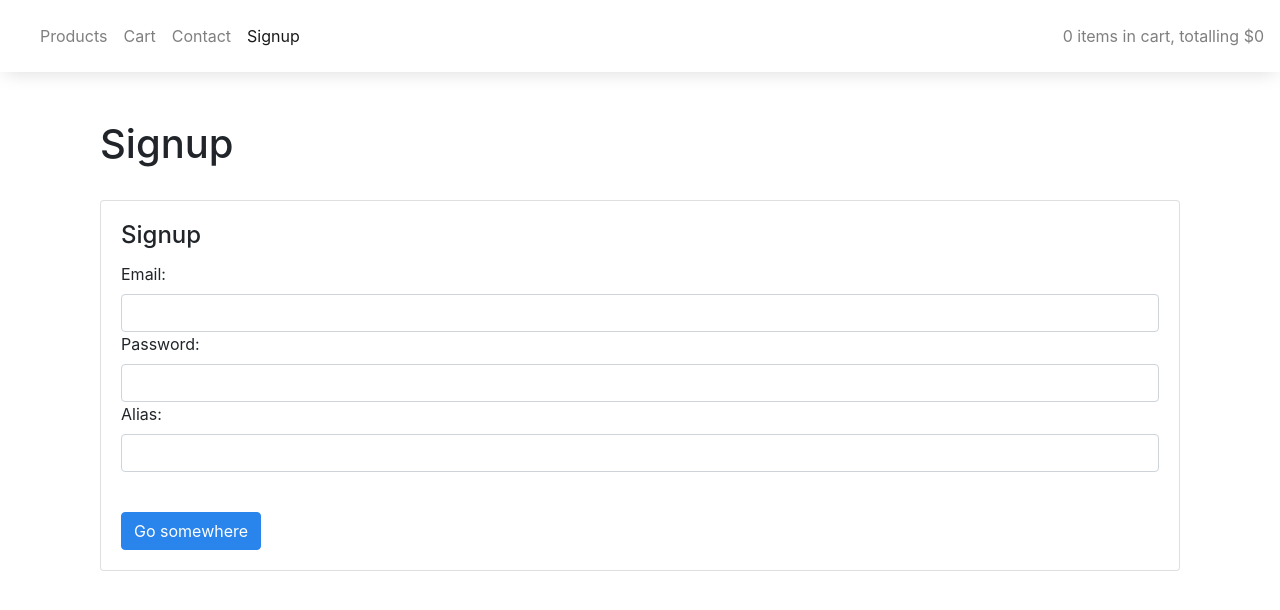
Repository: dayrim/wavecraft
Page: /signup
The author's editor kept a copy of each file at every save. The page is drawn from the files as they stood at one save, then again after the next save.
The browser window is 1280 px wide. The pictures show the whole page.
The project was rebuilt for these pictures with package versions that can differ from the ones it lists, and the page was loaded fresh each time. Also part of the build but not shown: vue.config.js.

Above is the page before, as saved 2019-04-22 16:07:02.

### public/index.html
<!DOCTYPE html>
<html lang="en">
  <head>
    <meta charset="utf-8">
    <meta http-equiv="X-UA-Compatible" content="IE=edge">
    <meta name="viewport" content="width=device-width,initial-scale=1.0">
    <link rel="icon" href="<%= BASE_URL %>favicon.ico">
    <title>wavecraft-reset</title>
  </head>
  <body>
    <noscript>
      <strong>We're sorry but wavecraft-reset doesn't work properly without JavaScript enabled. Please enable it to continue.</strong>
    </noscript>
    <div id="app"></div>
    <!-- built files will be auto injected -->


  </body>
</html>

### src/main.js
import Vue from "vue";
import App from "./App.vue";
import router from "./router";
import store from "./store";
import BootstrapVue from "bootstrap-vue";

Vue.config.productionTip = false;
Vue.use(BootstrapVue);
Vue.filter("currency", function(value) {
  let formatter = new Intl.NumberFormat("en-US", {
    style: "currency",
    currency: "USD",
    minimumFractionDigits: 0,
  });

  return formatter.format(value);
});

new Vue({
  router,
  store,
  render: h => h(App),
}).$mount("#app");

### src/App.vue
<template>
  <div id="app" :class="{ ready: isPageReady }">
    <b-navbar class="mainNavbar" sticky toggleable="lg" variant="light">
      <b-navbar-brand to="/"></b-navbar-brand>

      <b-navbar-toggle target="nav-collapse"></b-navbar-toggle>

      <b-collapse id="nav-collapse" is-nav>
        <b-navbar-nav>
          <b-nav-item exact active-class="active" to="/">Products</b-nav-item>
          <b-nav-item exact active-class="active" to="/cart">Cart</b-nav-item>
          <b-nav-item exact active-class="active" to="/contact">Contact</b-nav-item>
          <b-nav-item exact active-class="active" to="/signup">Signup</b-nav-item>
        </b-navbar-nav>

        <!-- Right aligned nav items -->
        <b-navbar-nav class="ml-auto">
          <b-nav-text>
            <div class="navbar-text">
              {{ cart.items.length }}
              <span v-if="cart.items.length == 1">item</span><span v-else>items</span> in cart,
              totalling {{ cartTotal | currency }}
            </div></b-nav-text
          >
        </b-navbar-nav>
      </b-collapse>
    </b-navbar>
    <transition name="route" mode="out-in">
      <router-view name="discount"> </router-view>
    </transition>
    <b-container>
      <b-row>
        <b-col>
          <br /><br />
          <transition name="route" mode="out-in">
            <router-view></router-view>
          </transition>
        </b-col>
      </b-row>
    </b-container>
  </div>
</template>

<script>
export default {
  data() {
    return {
      isPageReady: false,
    };
  },
  computed: {
    cart() {
      return this.$store.state.cart;
    },
    cartTotal() {
      return this.$store.getters["cart/cartTotal"];
    },
  },
  mounted: function() {
    this.$nextTick(function() {
      setTimeout(() => {
        this.isPageReady = true;
      }, 0);
    });
  },
};
</script>

<style lang="scss">
.mainNavbar {
  box-shadow: 0px 5px 20px -5px rgba(0, 0, 0, 0.15);
}
.flex {
  display: flex;
}
.flex.flex-column {
  flex-direction: column;
}
.flex.flex-row {
  flex-direction: row;
}
.flex.justify-center {
  justify-content: center;
}
.flex.justify-left {
  justify-content: flex-start;
}
.flex.justify-right {
  justify-content: flex-end;
}
.flex.align-center {
  align-items: center;
}
.flex.align-left {
  align-items: flex-start;
}
.flex.align-right {
  align-items: flex-end;
}
/* Navigation */
.navbar .stats {
  margin-top: 15px;
}
ul {
  list-style: none;
}
.btn {
  margin-right: 20px;
}
input[type="radio"] + label,
input[type="checkbox"] + label {
  font-weight: normal;
}

#app {
  opacity: 0;
  transition: opacity 1s ease;
}

#app.ready {
  opacity: 1;
}

.route-enter-active,
.route-leave-active {
  transition: opacity 0.15s ease;
}

.route-enter,
.route-leave-to {
  opacity: 0;
}
</style>

### src/router/index.js
import Vue from "vue";
import Router from "vue-router";
import routes from "./routes";
Vue.use(Router);

export default new Router({
  mode: "history",
  base: process.env.BASE_URL,
  routes,
});

### src/store/index.js
import Vue from "vue";
import Vuex from "vuex";
import cart from "./modules/cart";

Vue.use(Vuex);

export default new Vuex.Store({
  /**
   * Assign the modules to the store.
   */
  modules: {
    cart,
  },
});

### src/assets/common.scss
@import "node_modules/bootstrap/scss/functions";
@import "node_modules/bootstrap/scss/variables";

$primary-color: #2984ec;
$secondary-color: #601cb9;
$tertiary-color: #222d30;
$default-color: #e9e9e9;
$light-color: #ffffff;
$accent-color: #f0081b;
$warning-color: #f09308;



$red: #dc3545;
$yellow: #ffc107;
$green: #006600; // This is the only variable I wanted to change
$cyan: #17a2b8;

$theme-colors: (
  primary: $primary-color,
  secondary: $tertiary-color,
  success: $secondary-color,
  info: $primary-color,
  warning: $warning-color,
  danger: $accent-color,
  light: $light-color,
  dark: $tertiary-color
);

@import 'node_modules/bootstrap/scss/bootstrap';
@import 'node_modules/bootstrap-vue/src/index.scss';

### src/router/routes.js
const routes = [
  {
    path: "",
    components: {
      default: () => import(/* webpackChunkName: "ProductList" */ "@/components/ProductList.vue"),
      discount: () =>
        import(/* webpackChunkName: "SpecialOffer" */ "@/components/SpecialOffer.vue"),
    },
  },
  {
    path: "/cart",
    component: () => import(/* webpackChunkName: "Cart" */ "@/components/Cart.vue"),
    alias: "/shopping-cart",
  },
  {
    path: "/signup",
    component: () => import(/* webpackChunkName: "Singup" */ "@/components/Signup.vue"),
    alias: "/sign-up",
  },
  {
    path: "/product/:productId",
    props: true,
    name: "Product",
    component: () => import(/* webpackChunkName: "Product" */ "@/components/Product.vue"),
    children: [
      {
        path: "details",
        name: "ViewProduct",
        props: true,
        component: () =>
          import(/* webpackChunkName: "ViewProduct" */ "@/components/ViewProduct.vue"),
      },
      {
        path: "reviews",
        name: "ProductReviews",
        props: true,
        component: () =>
          import(/* webpackChunkName: "ProductReviews" */ "@/components/ProductReviews.vue"),
      },
    ],
  },

  {
    path: "/contact",
    component: () => import(/* webpackChunkName: "Contact" */ "@/components/Contact.vue"),
  },
  {
    path: "/*",
    component: () => import(/* webpackChunkName: "PageNotFound" */ "@/components/PageNotFound.vue"),
  },
];

export default routes;

### src/store/modules/cart/index.js
import actions from "./actions";
import getters from "./getters";
import mutations from "./mutations";
import state from "./state";

export default {
  namespaced: true,
  actions,
  getters,
  mutations,
  state,
};

### src/components/Signup.vue
<template>
  <b-container fluid>
    <h1>Signup</h1>
    <br />

    <b-card title="Signup">
      <b-card-text>
        <label for="email">Email:</label>
        <b-form-input id="email" type="text"></b-form-input>
        <label for="password">Password:</label>
        <b-form-input id="password" type="text"></b-form-input>
        <label for="alias">Alias:</label>
        <b-form-input id="alias" type="text"></b-form-input>
        <br />
      </b-card-text>

      <b-button href="#" variant="primary">Go somewhere</b-button>
    </b-card>
  </b-container>
</template>

<script>
export default {
  data() {
    return {};
  },
};
</script>

<style lang="scss"></style>

### src/store/modules/cart/actions.js
import * as Mutate from "./mutation-types";

export const addProductToCart = ({ commit, getters }, payload) => {
  let cartItem = getters.getCartItem(payload.product);
  payload.cartItem = cartItem;

  if (cartItem == null) {
    payload.cartItem = getters.getCartItem(payload.product);
    commit(Mutate.ADD_PRODUCT_TO_CART, payload);
  } else {
    commit(Mutate.INCREASE_PRODUCT_QUANTITY, payload);
  }
};

export const checkout = ({ commit }) => {
  commit(Mutate.CHECKOUT);
};

export default {
  addProductToCart,
  checkout,
};

### src/store/modules/cart/getters.js
export default {
  cartTotal: state => {
    let total = 0;

    state.items.forEach(function(item) {
      total += item.product.price * item.quantity;
    });
    return total;
  },
  getCartItem: state => product => {
    for (let i = 0; i < state.items.length; i++) {
      if (state.items[i].product.id === product.id) {
        return state.items[i];
      }
    }
    return null;
  },
  taxAmount: (state, getters) => percentage => (getters.cartTotal * percentage) / 100,
};

### src/store/modules/cart/mutations.js
import { CHECKOUT, ADD_PRODUCT_TO_CART, INCREASE_PRODUCT_QUANTITY } from "./mutation-types";

export default {
  [CHECKOUT](state) {
    state.items.forEach(function(item) {
      item.product.inStock += item.quantity;
    });

    state.items = [];
  },
  [ADD_PRODUCT_TO_CART]: (state, payload) => {
    state.items.push({
      product: payload.product,
      quantity: payload.quantity,
    });

    payload.product.inStock -= payload.quantity;
  },
  [INCREASE_PRODUCT_QUANTITY]: (state, payload) => {
    payload.cartItem.quantity += payload.quantity;
    payload.product.inStock -= payload.quantity;
  },
};

### src/store/modules/cart/state.js
export default {
  items: [],
};

### src/store/modules/cart/mutation-types.js
export const ADD_PRODUCT_TO_CART = "addProductToCart";
export const CHECKOUT = "checkout";
export const INCREASE_PRODUCT_QUANTITY = "increaseQuantity";

export default {
  ADD_PRODUCT_TO_CART,
  CHECKOUT,
  INCREASE_PRODUCT_QUANTITY,
};

After the next save:
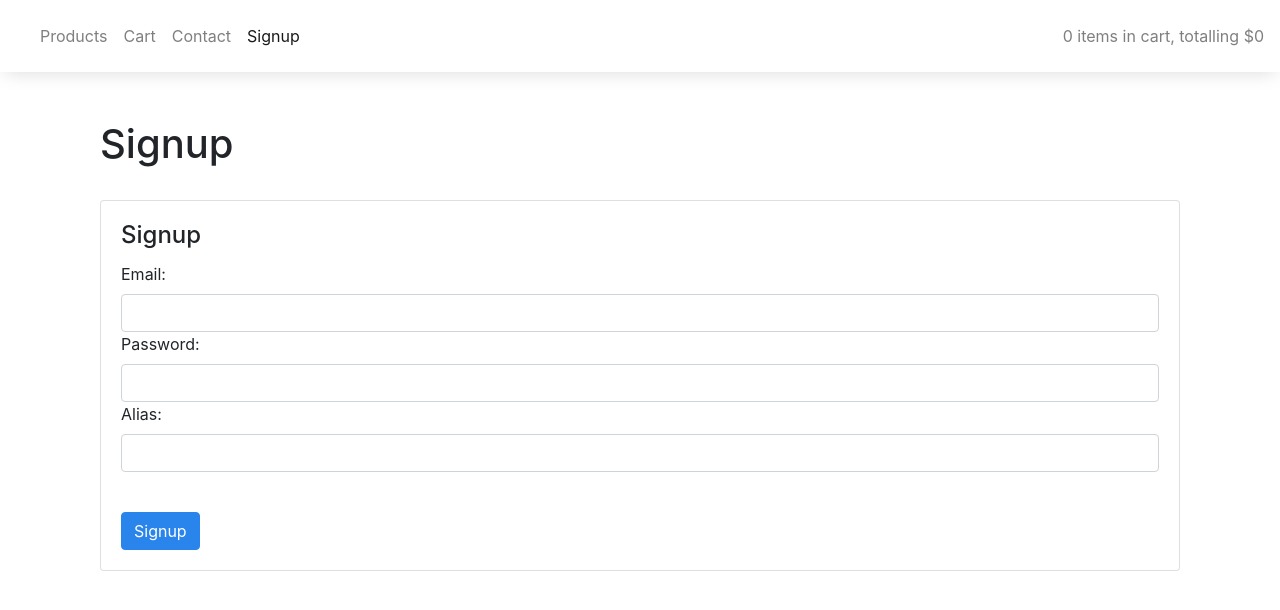
Saved 4 s later.
--- a/src/components/Signup.vue
+++ b/src/components/Signup.vue
@@ -14,7 +14,7 @@
         <br />
       </b-card-text>
 
-      <b-button href="#" variant="primary">Go somewhere</b-button>
+      <b-button variant="primary">Signup</b-button>
     </b-card>
   </b-container>
 </template>
